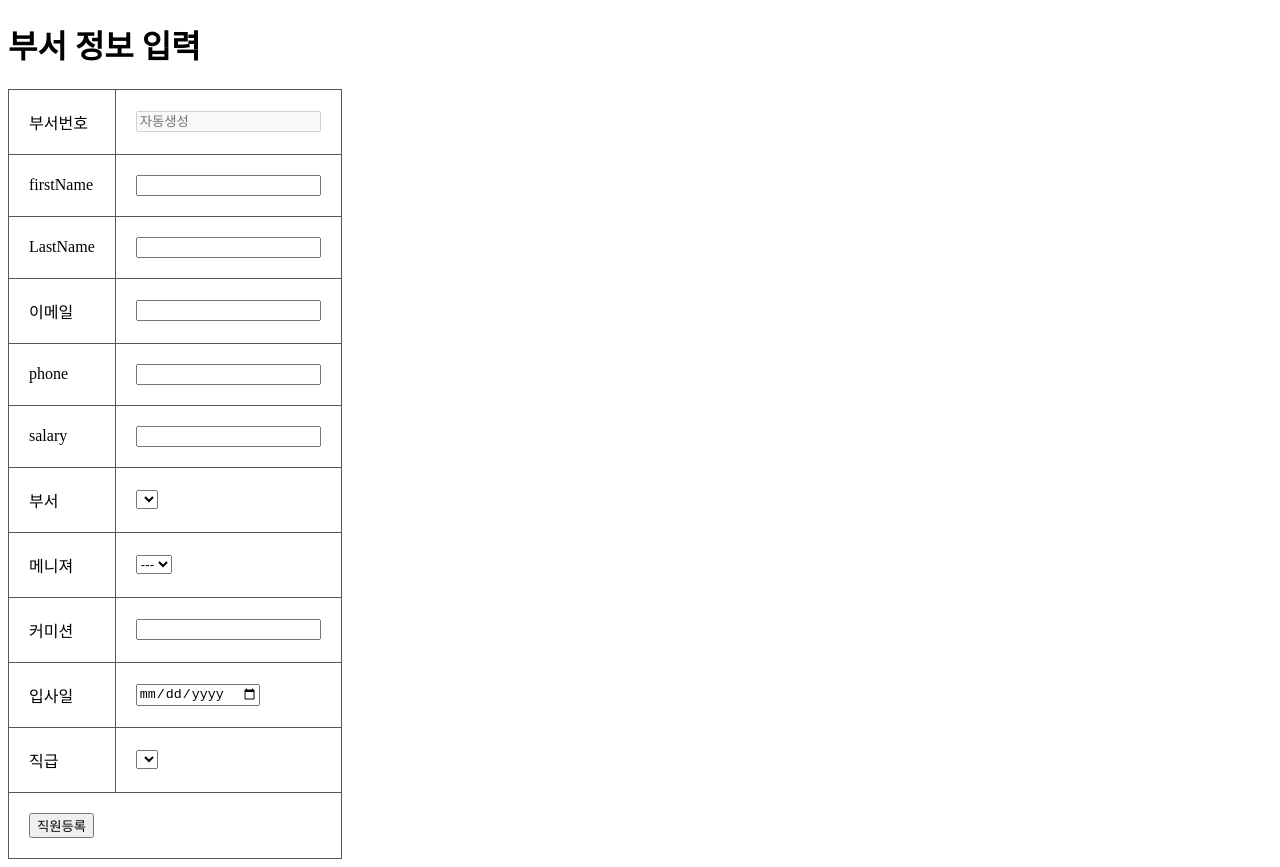
Repository: leessol/spring1
Page: http://localhost/springMVCProject/WEB-INF/views/dept/deptInset.jsp
These files come from the project's save history. The page is drawn as it stood at one moment and after the next save; the edit follows.
The browser window is 1280 px wide. The pictures show the whole page.
The page is served by Tomcat 9. Nobody is signed in. The template is opened directly, without the code that normally fills it, so the values that code supplies are empty.

Above is the page before, as saved 2023-05-08 03:51:11.

After the next save:
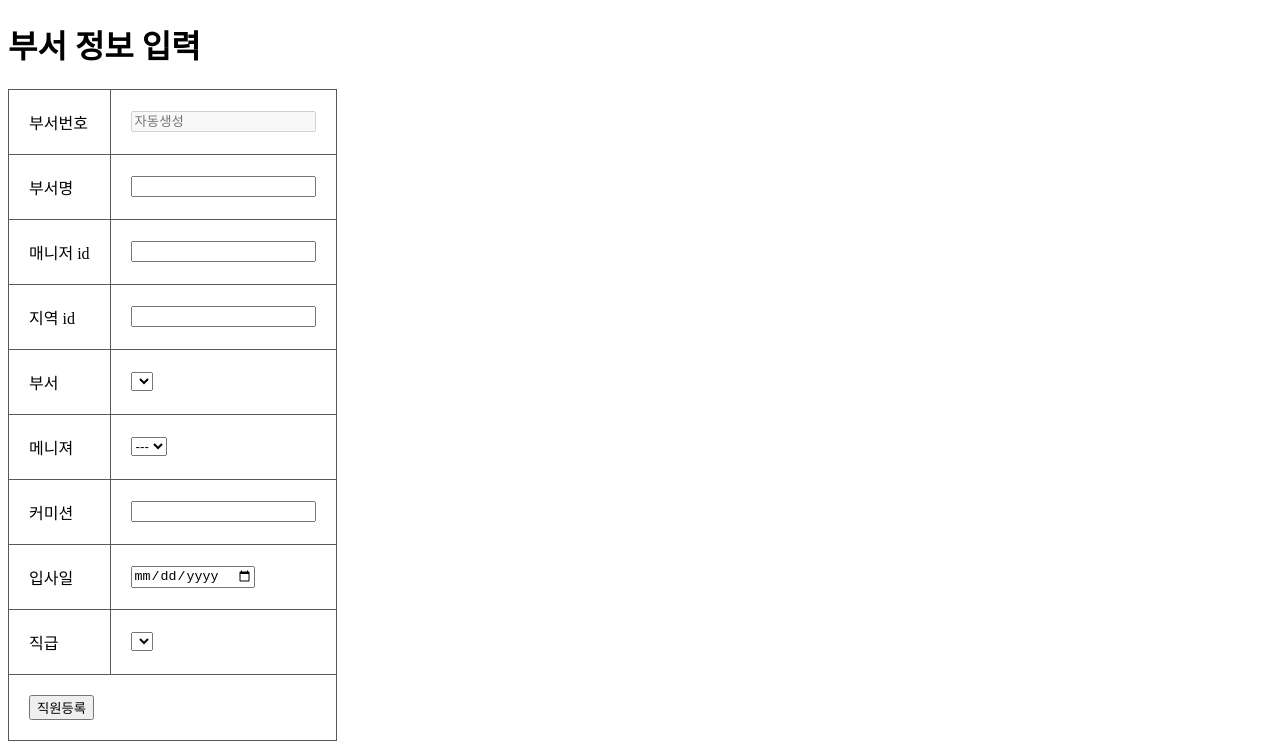
Saved 88 s later.
--- a/springMVCProject/src/main/webapp/WEB-INF/views/dept/deptInset.jsp
+++ b/springMVCProject/src/main/webapp/WEB-INF/views/dept/deptInset.jsp
@@ -42,24 +42,16 @@ td {
    disabled="disabled"></td>
   </tr>
   <tr>
-    <td>firstName</td>
+    <td>부서명</td>
     <td><input type="text" name="first_name"></td>
   </tr>
   <tr>
-    <td>LastName</td>
+    <td>매니저 id</td>
     <td><input type="text" name="last_name" required="required"></td>
   </tr>
   <tr>
-    <td>이메일</td>
+    <td>지역 id</td>
     <td><input type="email" name="email" required="required"></td>
-  </tr>
-  <tr>
-    <td>phone</td>
-    <td><input type="tel" name="phone_number" pattern="010-[0-9]{4}-[0-9]{4}"></td>
-  </tr>
-  <tr>
-    <td>salary</td>
-    <td><input type="number" name="salary" ></td>
   </tr>
   <tr>
     <td>부서</td>
